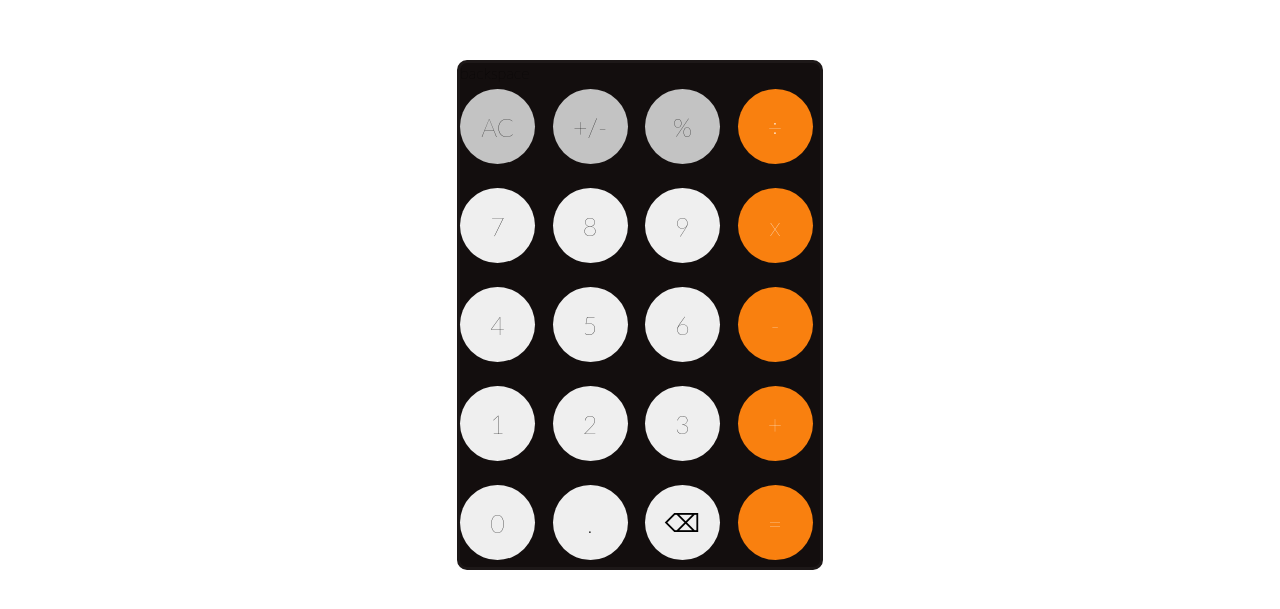
Repository: MhlengiNgubane/BrainnestJsTwo
Page: index.html
The author's editor kept a copy of each file at every save. The page is drawn from the files as they stood at one save, then again after the next save.
The browser window is 1280 px wide. The pictures show the whole page.

Above is the page before, as saved 2022-09-11 16:56:54.

### index.html
<!DOCTYPE html>
<html lang="en">
<head>
    <meta charset="UTF-8">
    <meta http-equiv="X-UA-Compatible" content="IE=edge">
    <meta name="viewport" content="width=device-width, initial-scale=1.0">
    <title>CALCULATOR</title>

    <link rel="stylesheet" href="style.css">
</head>
    <body>
        <div class = "calculator">
            backspace
            <div class = "buttons">
                <button id = "AC" value="AC">AC</button>
                <button id = "plus_minus" value="+/-">+/-</button>
                <button id = "percent" value="%">%</button>
                <button class="operator" value="/">&divide</button>

                <button class = "digit" value="7">7</button>
                <button class = "digit" value="8">8</button>
                <button class = "digit" value="9">9</button>
                <button class="operator" value="*">x</button>

                <button class = "digit" value="%">4</button>
                <button class = "digit" value="%">5</button>
                <button class = "digit" value="%">6</button>
                <button class="operator" value="%">-</button>

                <button class = "digit" value="%">1</button>
                <button class = "digit" value="%">2</button>
                <button class = "digit" value="%">3</button>
                <button class="operator" value="%">+</button>

                <button class = "digit" id="zero" value="0">0</button>
                <button class = "digit" value=".">.</button>
                <button class = "backspace" value="backspace">⌫</button>
                <button class="operator" value="=">=</button>
            </div>
        </div>
        <script src="App.js"></script>
    </body>
</html>

### style.css
* {
    border: 0;
    margin: 0;
    padding: 0;
    font-family: 'lato';
    font-weight: 100;
}

.calculator {
    align-items: center;
    margin: auto;
    margin-top: 60px;
    width: 360px;
    border: 20px;
    border: 3px solid #1d1818;
    background-color: #130e0e;
    border-radius: 10px;
    margin-bottom: 60px;
}

.display {
    position: relative;
    width: 355px;
    height: 125px;
    border: 3px solid #2f2f2f;
    text-align: right;
    border-radius: 8px;
    background-color: #2f2f2f;
    color: #fff;
}

.display p {
    position: absolute;
    bottom:0;
    right:0;
    font-size: 60px;
}

.buttons {
    display: grid;
    grid-gap: 10px;
    grid-template-columns: repeat(4, 1fr);
    grid-template-rows: repeat(5, 1fr);
}
.digit:hover {
    background-color: #dbdbdb;

}
.operator:hover {
    background-color: #f79132;
}

button {
    border: 1;
    outline: none;
    height: 75px;
    width: 75px;
    border-radius: 70px;
    text-align: center;
    margin-top: 7px;
    margin-bottom: 7px;
    font-size: 25px;
}

.operator {
    background-color: #f9800f;
    color: #fff;
}
#AC:hover {
    background-color: #e0dcdc
}
#AC {
    background-color: #c3c3c3;

}

#plus_minus:hover {
    background-color: #e0dcdc
}
#plus_minus {
    background-color: #c3c3c3;
  }
  #percent:hover {
       background-color: #e0dcdc
}
#percent {
    background-color: #c3c3c3;
}
.operator {
    height: 75px;
    width: 75px;
}

### App.js
let memory = "0", current = "0", operation = 0;
const maxChar = 10;
const display = document.querySelector('.display p');

function addValue(dig){
  if (((current) !== 0) && (current.indexOf(".") === -1)) {
    current = dig;
    } else {
      current += dig;
    }
  display.innerHTML = current;
  if(display.innerHTML > maxChar) {
    display.innerHTML = display.innerHTML.substr(0, maxChar);
  }
}

function addDecimal() {
  if (current.length === 0) {
      current = "0.";
  } else
    if (current.indexOf(".") === -1){
      current += ".";
    }
  display.innerHTML = current;
}

function plusMinus() {
    if(current.indexOf("-") === 0) {
      current = current.substring(1);
    } else {
      current = "-" + current;
    }
    if (eval(current) === 0 && current.indexOf(".") === -1) {
      current = "0";
    }
  display.innerHTML = current;
}

function allClear() {
  current = "0";
  Operation = 0;
  memory = "0";
  display.innerHTML = current;
}

function backSpace() {
  display.innerHTML = display.innerHTML.slice(0,-1);
  current = display.innerHTML;
}

function addOperation(op) {
  if (operation !== 0) {
    operate();
  }
  if (op.indexOf("*") > -1) { operation = 1};
  if (op.indexOf("/") > -1) { operation = 2};
  if (op.indexOf("+") > -1) { operation = 3};
  if (op.indexOf("-") > -1) { operation = 4};

  memory = current;
  current = "";

  display.innerHTML = current;
}

function percent(){
  if(eval(memory) === 0){
    current = current / 100;
  } else {
    current = (current / 100) * memory;
  }

 display.innerHTML = current;
}

function operate() {
  if (operation === 1) {
    current = eval(memory) * eval(current);
  }
  if (operation === 2) {
  if (eval(current) !== 0) {
      current = eval(memory) / eval(current);
    } else {
      current = "Error";
    }
  }
  if (operation === 3) {
    current = eval(memory) + eval(current);
  }
  if (operation === 4) {
    current = eval(memory) - eval(current);
  }
  current = current + "";
  operation = 0;
  memory = "0";
  display.innerHTML = current;
}

After the next save:
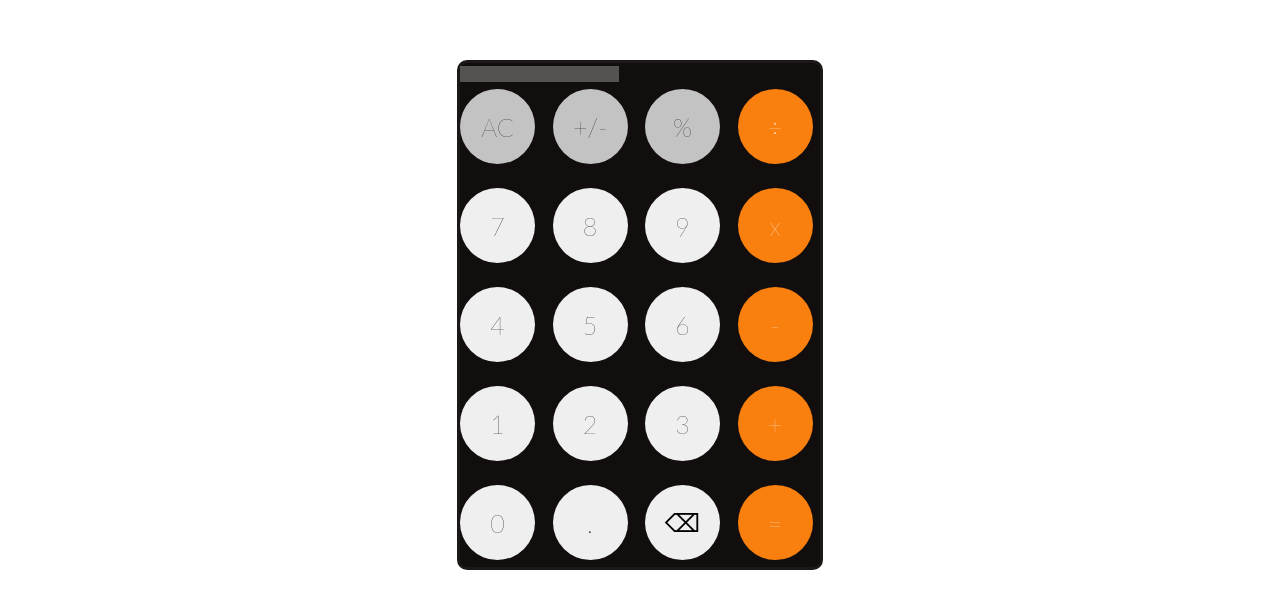
Saved 17 s later.
--- a/index.html
+++ b/index.html
@@ -10,7 +10,7 @@
 </head>
     <body>
         <div class = "calculator">
-            backspace
+            <input type="text" class="input" value="" disabled />
             <div class = "buttons">
                 <button id = "AC" value="AC">AC</button>
                 <button id = "plus_minus" value="+/-">+/-</button>
